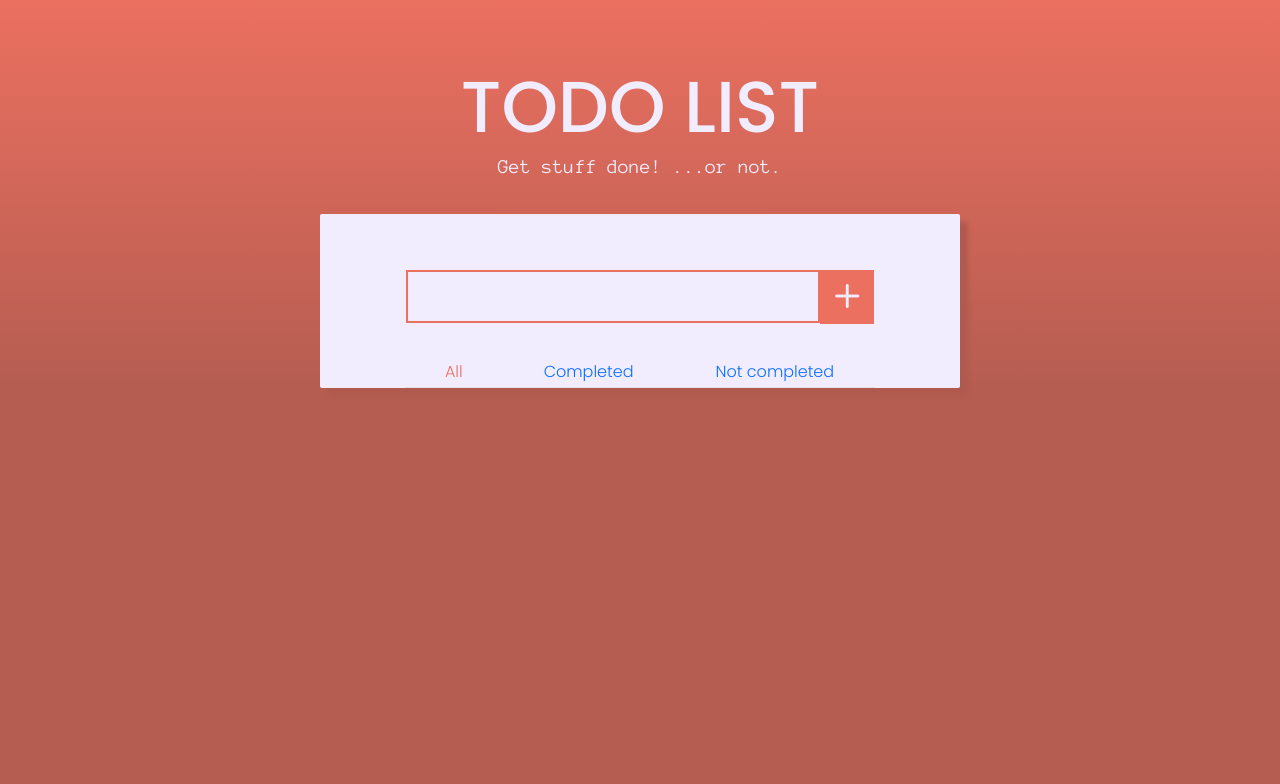
Repository: zum281/todo-list
Page: index.html
An editor plug-in stored every save of this project. The page is shown before and after the next save, followed by the edit.
The browser window is 1280 px wide. The pictures show the whole page.
Some web libraries are served in a nearby version. The style sheet was rebuilt from its Sass, Less or Tailwind sources for each picture, by a compiler version that may differ from the author's.

Above is the page before, as saved 2021-03-07 15:00:07.

### index.html
<!DOCTYPE html>
<html lang="en">

    <head>
        <meta charset="UTF-8">
        <meta http-equiv="X-UA-Compatible" content="IE=edge">
        <meta name="viewport" content="width=device-width, initial-scale=1.0">

        <!-- Bootstrap CSS -->
        <link href="https://cdn.jsdelivr.net/npm/bootstrap@5.0.0-beta2/dist/css/bootstrap.min.css" rel="stylesheet"
            integrity="sha384-BmbxuPwQa2lc/FVzBcNJ7UAyJxM6wuqIj61tLrc4wSX0szH/Ev+nYRRuWlolflfl" crossorigin="anonymous">
        <!-- Option 1: Bootstrap Bundle with Popper -->
        <script src="https://cdn.jsdelivr.net/npm/bootstrap@5.0.0-beta2/dist/js/bootstrap.bundle.min.js"
            integrity="sha384-b5kHyXgcpbZJO/tY9Ul7kGkf1S0CWuKcCD38l8YkeH8z8QjE0GmW1gYU5S9FOnJ0" crossorigin="anonymous">
        </script>
        <link rel="stylesheet" href="https://cdn.jsdelivr.net/npm/bootstrap-icons@1.4.0/font/bootstrap-icons.css">
        <!--Jquery-->
        <script src="https://code.jquery.com/jquery-3.6.0.min.js"
            integrity="sha256-/xUj+3OJU5yExlq6GSYGSHk7tPXikynS7ogEvDej/m4=" crossorigin="anonymous"></script>

        <link rel="stylesheet" href="css/main.css">
        <title>Todo List</title>
    </head>

    <body>
        <h1 class="title">TODO LIST</h1>
        <p class="lead">Get stuff done! ...or not.</p>
        <div class="container main">
            <div class="add-todo-box">
                <input type="text" name="add-todo" id="add-todo">
                <div class="icon" id="add-todo-btn"><i class="bi bi-plus"></i></div>
            </div>
            <div class="todo-list-container">
                <ul class="todo-list"></ul>
            </div>
            <div class="tabs">
                <ul class="nav nav-tabs">
                    <li class="nav-item">
                        <span class="nav-link active" id="show-all">All</span>
                    </li>
                    <li class="nav-item">
                        <span class="nav-link" id="show-completed">Completed</span>
                    </li>
                    <li class="nav-item">
                        <span class="nav-link" id="show-not-completed">Not completed</span>
                    </li>
                </ul>
            </div>
        </div>
        <script src="js/main.js"></script>
    </body>

</html>

### js/main.js
const add_todo_btn = $("#add-todo-btn");
const add_todo_input = $("#add-todo");
const todo_list_container = $(".todo-list-container");
const todo_list = $(".todo-list");
let todos = [];
let completed_todos = [];
$(document).ready(function () {
    $("#show-all").trigger("click");
    add_todo_btn.click(() => {
        let new_todo = add_todo_input.val();
        if (new_todo != "") {
            todos.push(new_todo);

            todo_list_container.show();
            todo_list.append(`
            <li class="todo-item" data-status="not-completed"><span class="todo-text">${new_todo}</span>
                <div class="icons">
                    <div class="icon done"><i class="bi bi-check"></i></div>
                    <div class="icon remove"><i class="bi bi-x"></i></div>
                </div>
            </li>
            `);

            add_todo_input.val("");
        } else {
            alert("puzzi");
        }
    });

    $("#show-all").click(function () {
        $("#show-all").addClass("active");
        $("#show-completed").removeClass("active");
        $("#show-not-completed").removeClass("active");
        todo_list.children().each(function () {
            $(this).show();
        });
    });
    $("#show-completed").click(function () {
        $("#show-all").removeClass("active");
        $("#show-completed").addClass("active");
        $("#show-not-completed").removeClass("active");
        todo_list.children().each(function () {
            if ($(this).attr("data-status") == "completed") $(this).show();
            else $(this).hide();
        });
    });

    $("#show-not-completed").click(function () {
        $("#show-all").removeClass("active");
        $("#show-completed").removeClass("active");
        $("#show-not-completed").addClass("active");
        todo_list.children().each(function () {
            if ($(this).attr("data-status") == "not-completed") $(this).show();
            else $(this).hide();
        });
    });

    $(document).on("click", ".done", function () {
        let todo_el = $(this).parents(".todo-item");
        let todo = todo_el.find(".todo-text");
        todo_el.attr("data-status", "completed");
        console.log(todo_el.attr("data-status"));
        let text = todo.html();
        todo.html(text.strike());
        let pos = todos.indexOf(todo);
        let removedItem = todos.splice(pos, 1); // this is how to remove an item
        completed_todos.push(removedItem);

        if ($("#show-not-completed").hasClass("active")) {
            $("#show-not-completed").trigger("click");
        }
    });
    $(document).on("click", ".remove", function () {
        let removedItem;
        let todo_el = $(this).parents(".todo-item");
        let todo = todo_el.find(".todo-text").html();

        if (todos.includes(todo)) {
            let pos = todos.indexOf(todo);
            removedItem = todos.splice(pos, 1); // this is how to remove an item
        } else {
            let pos = completed_todos.indexOf(todo);
            removedItem = completed_todos.splice(pos, 1); // this is how to remove an item
        }
        todo_el.remove();
    });
});

$(document).keyup(function (e) {
    if (e.key == "Enter") {
        add_todo_btn.trigger("click");
    }
});

### sass/main.scss
@import url("https://fonts.googleapis.com/css2?family=Poppins:wght@300;400;500;600;700&display=swap");
@import url("https://fonts.googleapis.com/css2?family=Anonymous+Pro&display=swap");
@import "_variables";
* {
    margin: 0;
    padding: 0;
    box-sizing: border-box;
}

body {
    min-height: 100vh;
    font-weight: 300;
    font-family: "Poppins";

    background: linear-gradient(
        180deg,
        rgba(235, 112, 96, 1) 0%,
        rgba(181, 93, 81, 1) 50%
    );
    color: $text-main;
}

.title {
    // font-family: "Chelsea Market";
    text-align: center;
    font-size: 54pt;
    color: $not-quite-white;
    margin-top: 4rem;
    margin-bottom: 0.1rem;
}
p {
    font-family: "Anonymous Pro", monospace;
    text-align: center;
    color: $not-quite-white;
    margin-bottom: 2rem;
}

.main {
    min-width: 300px;
    display: flex;
    flex-direction: column;
    align-items: center;
    justify-content: space-between;
    margin-top: 1rem;
    padding: 2.5rem 1.5rem;
    padding-bottom: 0;
    max-width: 50%;
    border-radius: 2px;
    background-color: $not-quite-white;
    box-shadow: 8px 8px 4px #b05a4f;
    .add-todo-box {
        width: 100%;
        display: flex;
        align-items: center;
        justify-content: center;

        input {
            background: transparent;
            width: 70%;
            border: none;
            border: 2px solid $primary-orange;
            line-height: 1;
            padding: 0.5rem;
            font-size: 16px;
            color: #333333;
            &:focus {
                outline: none;
            }
        }
        .icon {
            background-color: $primary-orange;
            display: grid;
            place-items: center;
            width: 45px;
            height: 45px;
            color: $not-quite-white;
            cursor: pointer;

            i {
                font-size: 45px;
                line-height: 1;
            }
        }
    }
    .todo-list-container {
        display: none;
        padding: 1rem;
        width: 100%;

        ul {
            padding-left: 0.5rem;

            .todo-item {
                display: flex;
                align-items: center;
                justify-content: space-between;
                font-size: 24px;
                .icons {
                    display: flex;
                    .icon {
                        display: grid;
                        place-items: center;
                        width: 28px;
                        height: 28px;
                        i {
                            font-size: 24px;
                            line-height: 1;
                        }
                    }
                }
            }
        }
    }

    .tabs {
        margin-top: 2rem;
        margin-bottom: 0;
        .nav-tabs {
            display: flex;
            align-items: center;
            justify-content: center;
        }
        .nav-link {
            cursor: pointer;
            transition: none !important;
            background: transparent;
            padding: 0.2rem 2.5rem !important;
        }
        .nav-link.active {
            color: $primary-orange;
            border: none;
        }
        .nav-link:hover {
            border: none;
            color: $primary-orange;
        }
    }
}

.done:hover {
    color: #298920;
}

.remove:hover {
    color: #ea1a0c;
}

@media screen and (min-width: 767px) {
    .main {
        min-width: 600px;
        padding: 3.5rem 1.5rem;
        padding-bottom: 0;

        .add-todo-box {
            input {
                font-size: 22px;
            }
            .icon {
                width: 54px;
                height: 54px;

                i {
                    font-size: 48px;
                }
            }
        }
        .todo-list-container {
            padding: 2.5rem;

            ul {
                padding-left: 1rem;
            }
        }
    }
}

### sass/_variables.scss
$primary-orange: #eb7060;
$dark-orange: #b55d51;
$text-main: #383837;
$text-light: #525151;
$not-quite-white: #f1edff;

After the next save:
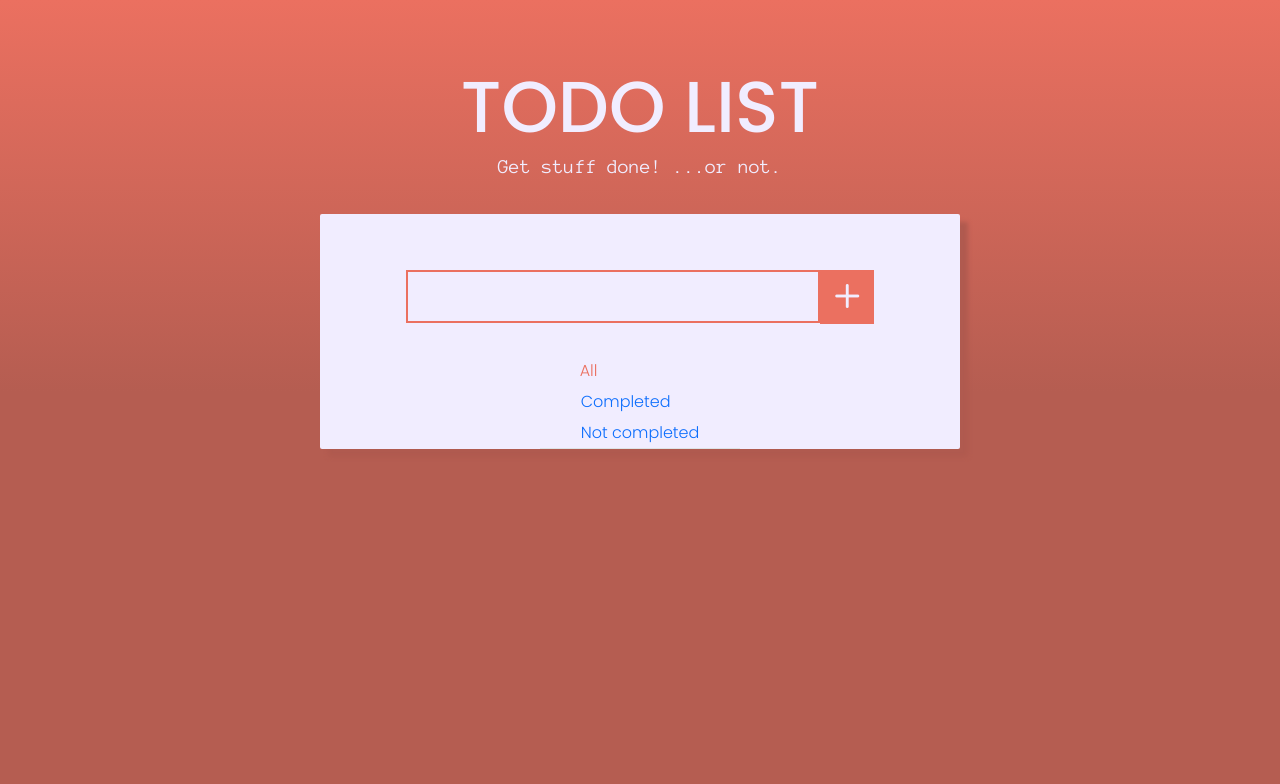
Saved 71 s later.
--- a/sass/main.scss
+++ b/sass/main.scss
@@ -171,5 +171,25 @@
                 padding-left: 1rem;
             }
         }
+
+        .tabs {
+            .nav-tabs {
+                display: block;
+            }
+            .nav-link {
+                cursor: pointer;
+                transition: none !important;
+                background: transparent;
+                padding: 0.2rem 2.5rem !important;
+            }
+            .nav-link.active {
+                color: $primary-orange;
+                border: none;
+            }
+            .nav-link:hover {
+                border: none;
+                color: $primary-orange;
+            }
+        }
     }
 }

After the save that followed:
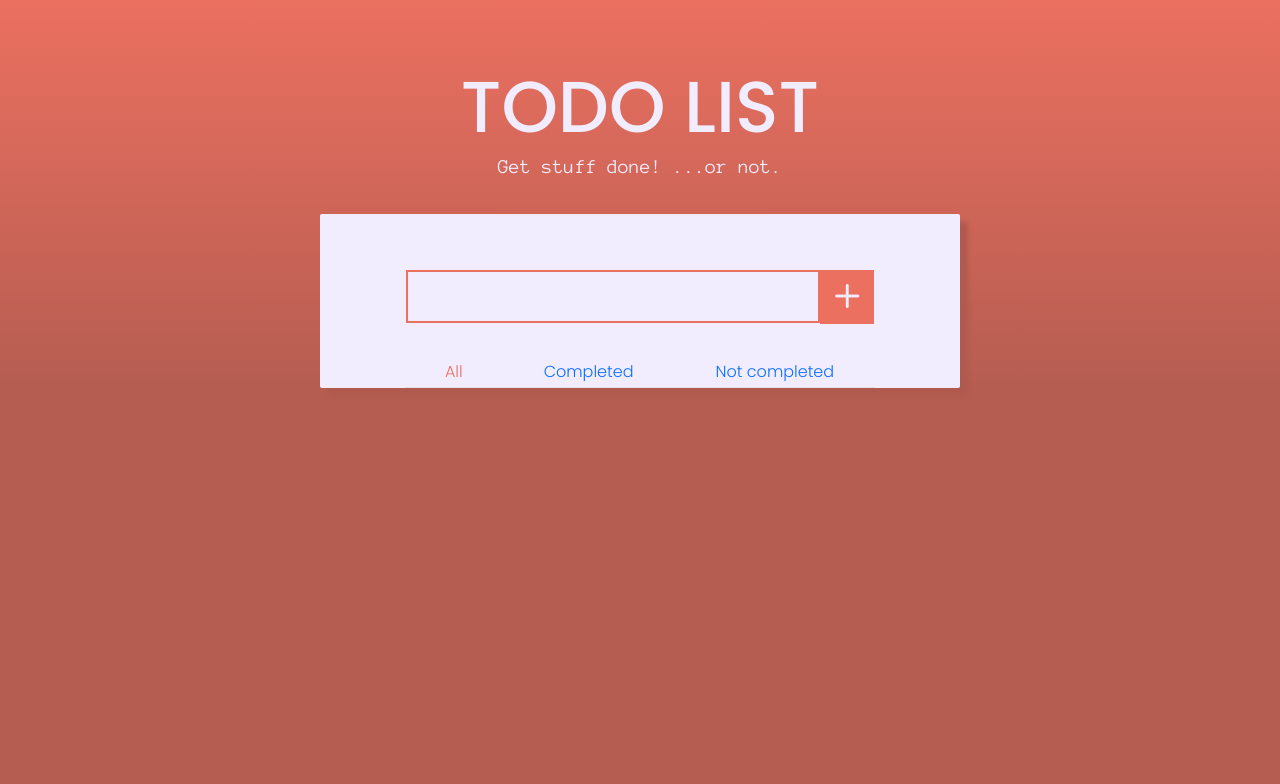
Saved 7 s later.
--- a/sass/main.scss
+++ b/sass/main.scss
@@ -173,9 +173,6 @@
         }
 
         .tabs {
-            .nav-tabs {
-                display: block;
-            }
             .nav-link {
                 cursor: pointer;
                 transition: none !important;
